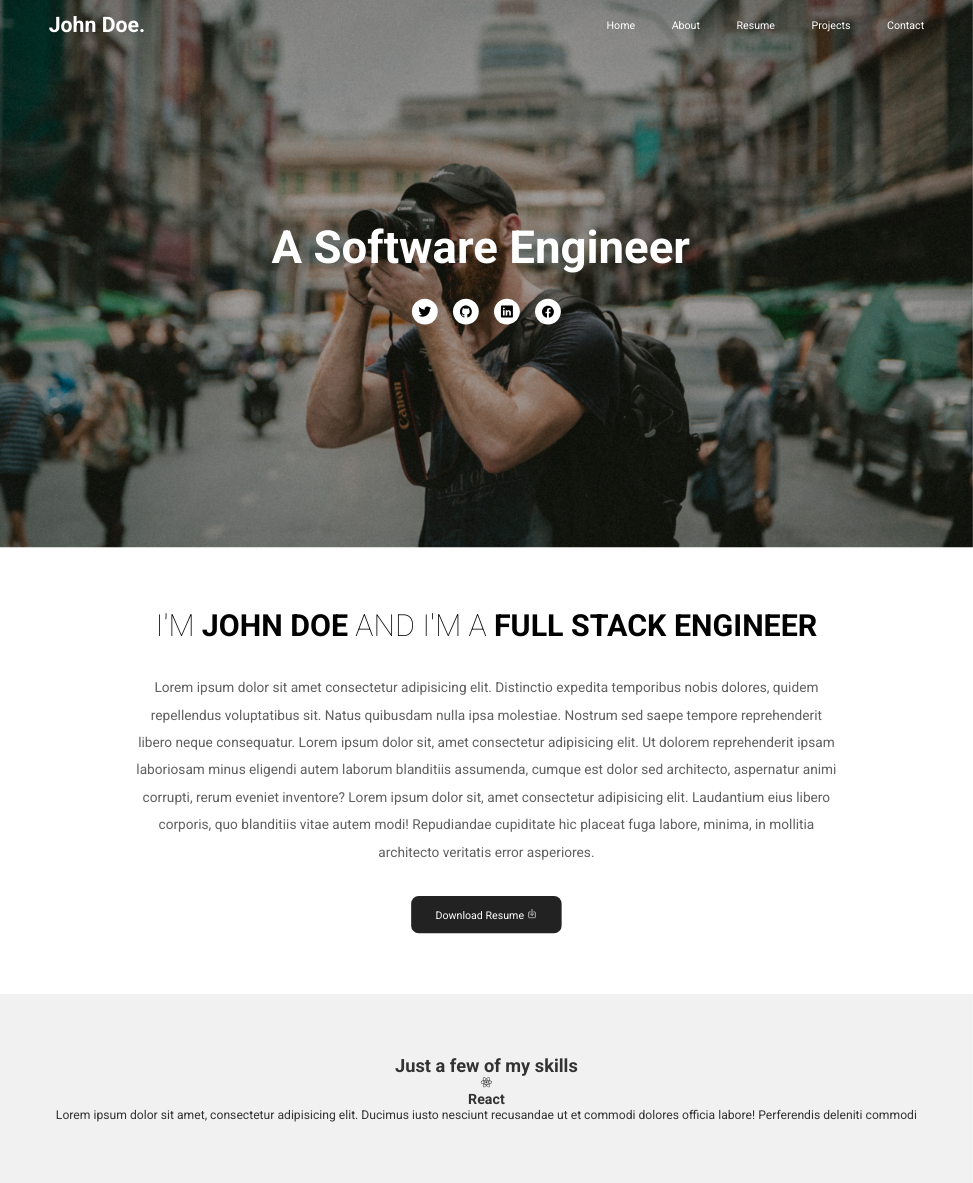
Repository: DevAntonioRogers/portfolio-tutorial
Page: index.html
These files come from the project's save history. The page is drawn as it stood at one moment and after the next save; the edit follows.
The browser window is 1280 px wide. The pictures show the whole page, at 76% of full size.
Backgrounds fixed to the window are drawn as part of the page.

Above is the page before, as saved 2023-10-31 23:35:00.

### index.html
<!DOCTYPE html>
<html lang="en">
  <head>
    <meta charset="UTF-8" />
    <meta
      name="viewport"
      content="width=device-width, initial-scale=1.0"
    />
    <script src="https://unpkg.com/typed.js@2.0.16/dist/typed.umd.js"></script>
    <script
      type="module"
      src="https://unpkg.com/ionicons@7.1.0/dist/ionicons/ionicons.esm.js"
    ></script>
    <script
      nomodule
      src="https://unpkg.com/ionicons@7.1.0/dist/ionicons/ionicons.js"
    ></script>
    <link rel="stylesheet" href="./styles/main.css" />
    <title>John Doe Portfolio</title>
  </head>
  <body>
    <!-------- NAVBAR --------->
    <header>
      <nav role="navigation" aria-label="Navigation">
        <div class="container navbar">
          <h1>John Doe.</h1>

          <ul class="nav-menu">
            <li><a href="#home">Home</a></li>
            <li><a href="#about">About</a></li>
            <li><a href="#resume">Resume</a></li>
            <li><a href="#projects">Projects</a></li>
            <li><a href="#contact">Contact</a></li>
          </ul>

          <button
            aria-label="Toggle Mobile Menu"
            class="hamburger"
          >
            <span class="bar"></span>
            <span class="bar"></span>
            <span class="bar"></span>
          </button>
        </div>
      </nav>
    </header>

    <main>
      <!--HERO SECTION -->
      <section id="home" class="hero">
        <div class="hero-overlay"></div>
        <div class="container hero-content">
          <div class="hero-text">
            <h2 id="typed-text"></h2>
          </div>

          <div
            class="hero-socials"
            aria-label="Social Media Links"
          >
            <a href="#" aria-label="Twitter Link"
              ><ion-icon name="logo-twitter"></ion-icon
            ></a>
            <a href="#" aria-label="Github Link"
              ><ion-icon name="logo-github"></ion-icon
            ></a>
            <a href="#" aria-label="LinkedIn Link"
              ><ion-icon name="logo-linkedin"></ion-icon
            ></a>
            <a href="#" aria-label="Facebook Link"
              ><ion-icon name="logo-facebook"></ion-icon
            ></a>
          </div>
        </div>
      </section>

      <!--ABOUT SECTION-->
      <section class="about" id="about">
        <div class="container">
          <h1>
            I'm <strong>John Doe</strong> and I'm a
            <strong>full stack engineer</strong>
          </h1>

          <div class="about-info">
            <p>
              Lorem ipsum dolor sit amet consectetur
              adipisicing elit. Distinctio expedita
              temporibus nobis dolores, quidem repellendus
              voluptatibus sit. Natus quibusdam nulla ipsa
              molestiae. Nostrum sed saepe tempore
              reprehenderit libero neque consequatur. Lorem
              ipsum dolor sit, amet consectetur adipisicing
              elit. Ut dolorem reprehenderit ipsam
              laboriosam minus eligendi autem laborum
              blanditiis assumenda, cumque est dolor sed
              architecto, aspernatur animi corrupti, rerum
              eveniet inventore? Lorem ipsum dolor sit, amet
              consectetur adipisicing elit. Laudantium eius
              libero corporis, quo blanditiis vitae autem
              modi! Repudiandae cupiditate hic placeat fuga
              labore, minima, in mollitia architecto
              veritatis error asperiores.
            </p>
          </div>

          <button
            class="about-button"
            aria-label="Download Resume Button"
          >
            Download Resume
            <ion-icon
              name="download-outline"
              aria-hidden="true"
            ></ion-icon>
          </button>
        </div>
      </section>

      <!--SKILLS SECTION-->
      <section class="skills" id="skills">
        <h1>Just a few of my <strong>skills</strong></h1>
        <div class="container skill-grid">
          <div class="skill">
            <ion-icon
              name="logo-react"
              class="skill-icon"
              aria-hidden="true"
            ></ion-icon>
            <h3>React</h3>
            <p>
              Lorem ipsum dolor sit amet, consectetur
              adipisicing elit. Ducimus iusto nesciunt
              recusandae ut et commodi dolores officia
              labore! Perferendis deleniti commodi
            </p>
          </div>
        </div>
      </section>
    </main>

    <script src="./app.js"></script>
  </body>
</html>

### styles/main.css
@import url("https://fonts.googleapis.com/css2?family=Roboto:wght@100;400;500;700&display=swap");
@import url(./navbar.css);
@import url(./hero.css);
@import url(./about.css);
@import url(./skills.css);

* {
  box-sizing: border-box;
  padding: 0;
  margin: 0;
  font-family: "Roboto", sans-serif;
}

html {
  scroll-behavior: smooth;
}

li {
  list-style: none;
}

a {
  text-decoration: none;
  color: inherit;
}

button {
  outline: none;
  border: none;
  background: inherit;
}

.container {
  width: 90%;
  margin: 0 auto;
  max-width: 1400px;
  height: 100%;
}

article {
  padding: 20px 0;
  display: flex;
  flex-direction: column;
  gap: 10px;
  border: solid 1px #dad9d9;
}

### app.js
//NAVBAR

const hamburger = document.querySelector('.hamburger')
const navMenu = document.querySelector('.nav-menu')
const body = document.querySelector('body')
const navLinks = navMenu.querySelectorAll('li');

hamburger.addEventListener('click', () => {
  hamburger.classList.toggle('active')
  navMenu.classList.toggle('active')
  body.classList.toggle("no-scroll")
})

function closeMenu() {
  hamburger.classList.remove('active')
  navMenu.classList.remove('active')
  body.classList.remove("no-scroll")
}

navLinks.forEach((link) => {
  link.addEventListener('click', closeMenu)
})

//TYPING DELETING TEXT
function initTypedText() {
  const options = {
    strings: [
      "Hello, I'm John Doe",
      "A Software Engineer",
      "From New York",
    ],
    typeSpeed: 50,
    backSpeed: 30,
    backDelay: 1000,
    startDelay: 500,
    loop: true,
  }
  const typed = new Typed("#typed-text", options)
}

initTypedText()

### styles/navbar.css
nav {
  background-color: transparent;
  position: fixed;
  width: 100%;
  z-index: 999;
  top: 0;
  left: 0;
  padding: 1rem 0;
}

.navbar {
  display: flex;
  justify-content: space-between;
  align-items: center;
}

.navbar h1 {
  color: white;
  font-size: 28px;
}

.nav-menu {
  display: flex;
  gap: 3rem;
  align-items: center;
}

.nav-menu li {
  font-size: 14px;
  color: white;
}

.bar {
  background-color: white;
  display: block;
  width: 23px;
  height: 2px;
  margin: 5px auto;
  transition: all 0.3s ease-in-out;
}

.hamburger {
  display: none;
  z-index: 999;
}

@media only screen and (max-width: 768px) {
  .hamburger {
    display: block;
  }

  .nav-menu {
    position: fixed;
    top: 0;
    right: 0;
    width: 100%;
    height: 100%;
    flex-direction: column;
    align-items: center;
    background-color: black;
    padding: 20px 0;
    z-index: 10;
    transition: 0.3s ease-in-out;
    gap: 5rem;
    padding-top: 6rem;
    left: -100%;
  }

  .nav-menu.active {
    left: 0;
  }

  .hamburger.active .bar:nth-child(2) {
    opacity: 0;
  }

  .hamburger.active .bar:nth-child(1) {
    transform: translateY(8px) rotate(45deg);
  }

  .hamburger.active .bar:nth-child(3) {
    transform: translatey(-6px) rotate(-45deg);
  }
}

### styles/hero.css
.hero {
  position: relative;
  height: 100vh;
  background: url(/assets/hero.jpg);
  background-size: cover;
  z-index: 1;
  background-attachment: fixed;
}

.hero-overlay {
  position: absolute;
  width: 100%;
  height: 100%;
  background-color: #0000005e;
  top: 0;
  left: 0;
  z-index: 1;
}

.hero-content {
  display: flex;
  gap: 2rem;
  flex-direction: column;
  align-items: center;
  justify-content: center;
  position: relative;
  z-index: 2;
  color: white;
}

.hero-socials {
  display: flex;
  align-items: center;
  gap: 20px;
}

.hero-socials ion-icon {
  background-color: white;
  color: black;
  padding: 8px;
  border-radius: 100%;
  font-size: 18px;
}

.hero-text {
  display: flex;
}

.hero-content h2 {
  font-size: 60px;
}

.typed-cursor {
  font-size: 60px;
  opacity: 1;
}

@media only screen and (max-width: 650px) {
  .hero-content h2 {
    font-size: 30px;
  }

  .typed-cursor {
    font-size: 30px;
    opacity: 1;
  }
}

### styles/about.css
.about {
  padding: 5rem 0;
  text-align: center;
}

.about-info {
  display: flex;
  gap: 20px;
  margin: 40px 0;
}

.about h1 {
  font-weight: 100;
  font-size: 40px;
  text-transform: uppercase;
}

.about p {
  font-size: 18px;
  color: rgb(97, 95, 95);
  line-height: 2;
  max-width: 80%;
  margin: 0 auto;
}

.about-button {
  padding: 1rem 2rem;
  background: #222;
  color: white;
  border: none;
  border-radius: 10px;
  font-size: 14px;
  cursor: pointer;
}

.about-button:hover {
  background-color: black;
  transition: 0.3s ease-in-out;
}

### styles/skills.css
.skills {
  background-color: rgb(242, 241, 241);
  padding: 5rem 0;
  color: #333;
  text-align: center;
}

After the next save:
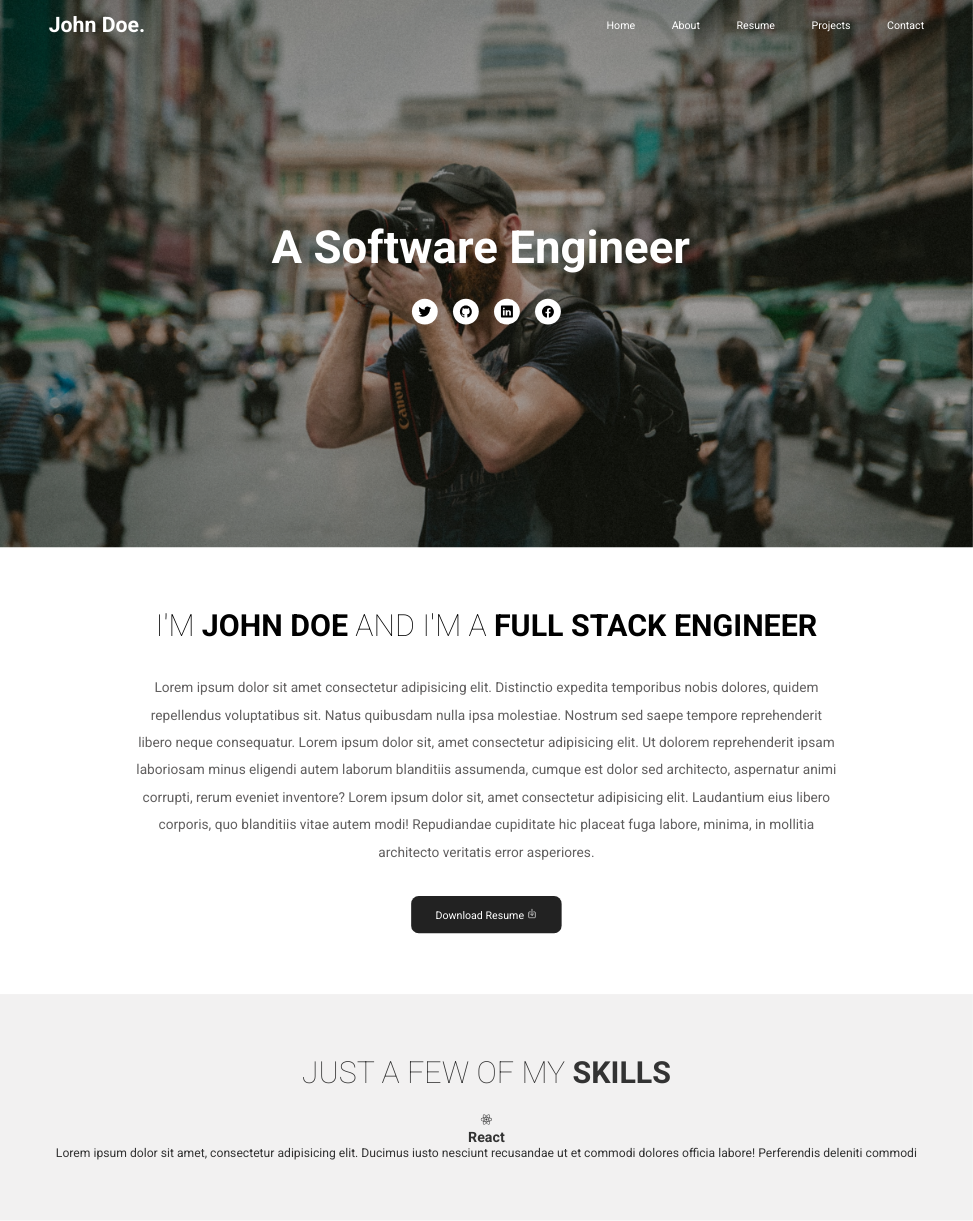
Saved 26 s later.
--- a/styles/skills.css
+++ b/styles/skills.css
@@ -4,3 +4,10 @@
   color: #333;
   text-align: center;
 }
+
+.skills h1 {
+  font-weight: 100;
+  font-size: 40px;
+  text-transform: uppercase;
+  margin-bottom: 30px;
+}
